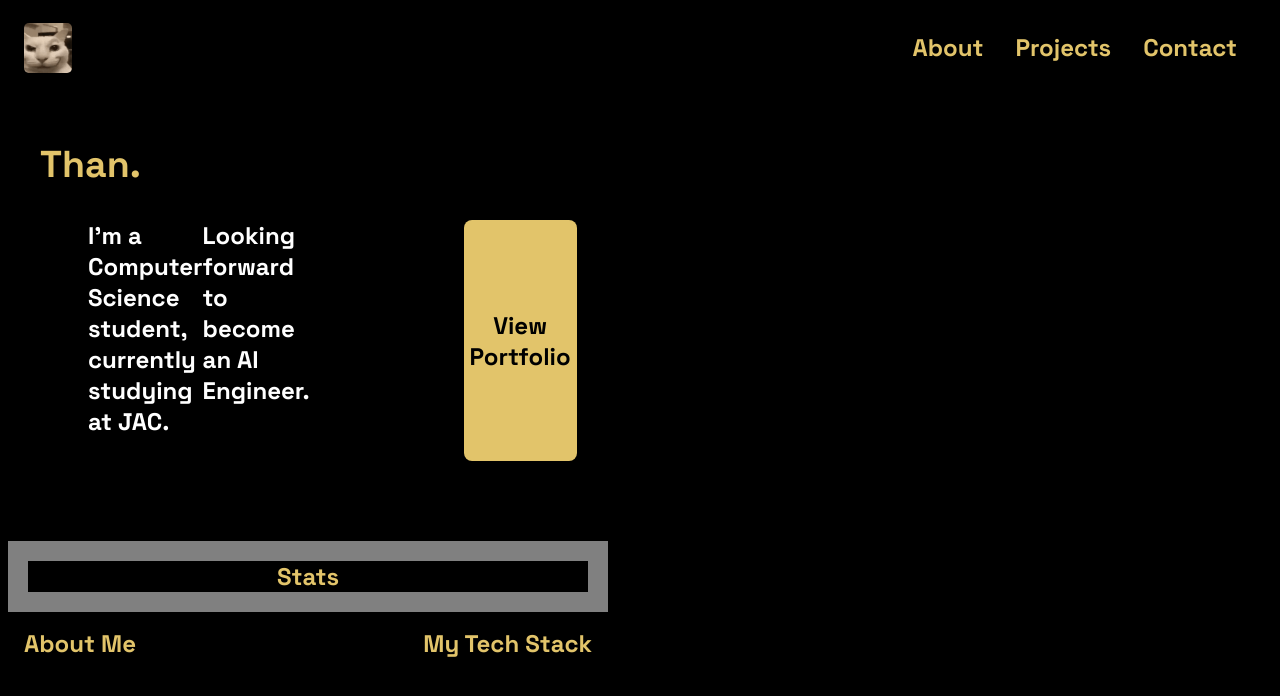
Repository: Than-dot/Than-dot
Page: index.html
These files come from the project's save history. The page is drawn as it stood at one moment and after the next save; the edit follows.
The browser window is 1280 px wide. The pictures show the whole page.

Above is the page before, as saved 2026-05-06 12:44:10.

After the next save:
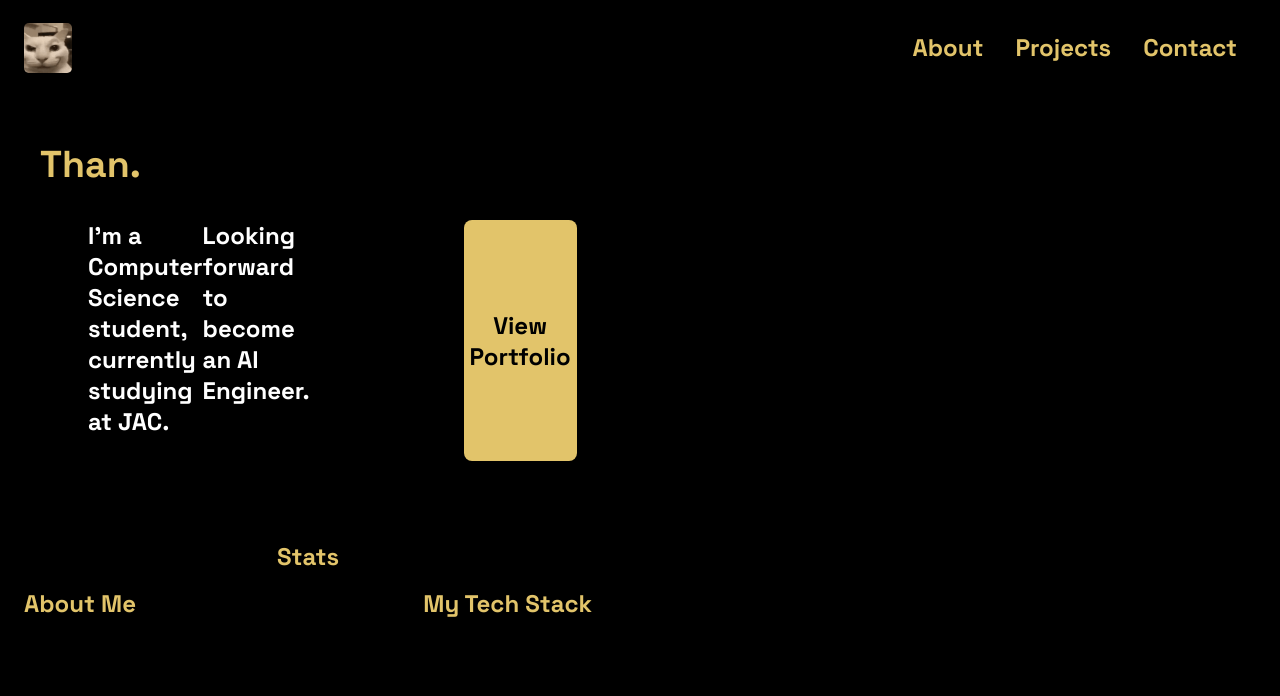
Saved 25 s later.
--- a/styles/index.css
+++ b/styles/index.css
@@ -27,7 +27,6 @@ p {
 }
 
 .stats {
-  border: 20px solid grey;
   text-align: center;
 }
 
